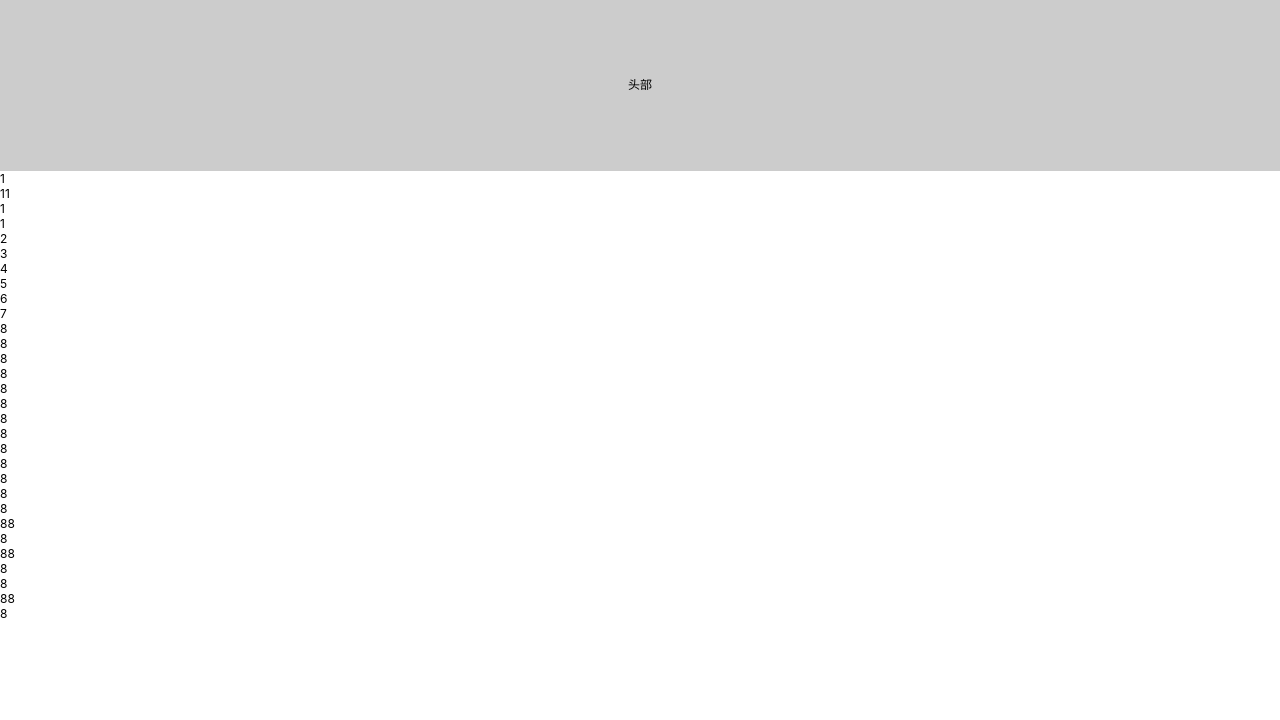
Repository: zjb17395046959/h5-
Page: scroll.html
An editor plug-in stored every save of this project. The page is shown before and after the next save, followed by the edit.
The browser window is 1280 px wide. The pictures show the whole page.
An inner scrolling area shows only its first screen. The style sheet was rebuilt from its Sass, Less or Tailwind sources for each picture, by a compiler version that may differ from the author's.

Above is the page before, as saved 2020-09-14 16:29:08.

### scroll.html
<!DOCTYPE html>
<html lang="en" class="html_wrap_scroll">
<head>
    <meta charset="utf-8">
    <meta content="yes" name="apple-mobile-web-app-capable" />
    <meta content="yes" name="apple-touch-fullscreen" />
    <meta content="telephone=no,email=no" name="format-detection" />
    <meta name="viewport" content="initial-scale=1, maximum-scale=1, minimum-scale=1, user-scalable=no">
    <title>头尾固定，中间超出隐藏</title>
    <link rel="stylesheet" href="./css/reset.css">
    <link rel="stylesheet" href="./css/index.css">
    <link rel="stylesheet" href="./css/mescroll.min.css">
    <script src="./js/jquery-2.1.3.min.js"></script>
    <script src="./js/flexible.js"></script>
    <script src="./js/util.js"></script>
    <script src="./js/mescroll.min.js"></script>
</head>
<body class="body_wrap_scroll">
    <!-- 布局开始 -->
    <div id="wrap_scroll">
        <header>头部</header>
        <!-- 中间布局及滚动事件开始 -->
        <div class="mescroll" id="mescroll">
            <div class="content">
                <ul>
                    <li>1</li>
                    <li>11</li>
                    <li>1</li>
                    <li>1</li>
                    <li>2</li>
                    <li>3</li>
                    <li>4</li>
                    <li>5</li>
                    <li>6</li>
                    <li>7</li>
                    <li>8</li>
                    <li>8</li>
                    <li>8</li>
                    <li>8</li>
                    <li>8</li>
                    <li>8</li>
                    <li>8</li>
                    <li>8</li>
                    <li>8</li>
                    <li>8</li>
                    <li>8</li>
                    <li>8</li>
                    <li>8</li>
                    <li>88</li>
                    <li>8</li>
                    <li>88</li>
                    <li>8</li>
                    <li>8</li>
                    <li>88</li>
                    <li>8</li>
                </ul>
            </div>
            <!-- 中间布局及滚动事件结束 -->
        </div>


        <!-- 布局结束 -->
    </div>
</body>
</html>
<script>
     // 上拉加载
     var mescroll = new MeScroll("mescroll", {
            //第一个参数"mescroll"对应上面布局结构div的id
            //如果下拉刷新是重置列表数据,那么down完全可以不用配置
            down: {
                use: false //下拉刷新的回调
            },
            up: {
                auto:false,
                htmlLoading: '<p class="upwarp-progress mescroll-rotate" style="width: 3.46666667vw;height: 3.46666667vw;display:none;"></p><span style="margin-left:4px; font-size: 4vw;display:none;">加载中</span>',
                //上拉加载中的布局
                htmlNodata: '<p class="upwarp-nodata" style=" font-size: 3.2vw;">没有更多了..</p>',
                page: {
                    num: 0,
                    size: 10,
                    time: null
                },
                callback: upCallback //上拉加载的回调
            }
        });
        function upCallback(page) {//可以添加参数
            // var _this = this;
            console.log('加载。。。')
            setTimeout(() => {
                   $('.content>ul>li').html('1111');
                },3000)

        }
</script>

### css/reset.css
/*清除外边距*/
body, h1, h2, h3, h4, h5, h6, hr, p, blockquote, figure, /*结构元素*/
dl, dt, dd, ul, ol, li, /*列表元素*/
fieldset, lengend, button, input, textarea, /*表单元素*/
th, td, /*表格元素*/
pre /*文本格式元素*/ {
    margin: 0;
    -webkit-tap-highlight-color:rgba(0,0,0,0);
    -webkit-tap-highlight-color: transparent;
}
/*清除内边距*/
ul, ol, menu, td, input{
    padding: 0;
}
/*重置列表元素*/
ul, ol {
    list-style: none;
}
/*将字体扶正*/
address, cite, dfn, em, var {
    font-style: normal;
}
/*清下划线*/
a {
    text-decoration: none;
    color: black;
}
/*鼠标略过a标签，显示下划线*/
a:hover {
    /*text-decoration: underline;*/
}
/*清浮动*/
.clear:after {
    content: '';
    display: block;
    clear: both;
}

.fl{
    float: left;
}

.fr {
    float: right;
}

input,textarea{
    border: none;
    outline:none;

}
input[type="button"],button{
    -moz-appearance: none;
    -webkit-appearance: none;
    border-radius: 0;/*解决ios上输入框圆角问题*/
}


input[type="text"]:focus,input[type="number"]:focus,input[type="tel"]:focus {
    -webkit-box-shadow: 0 0 0 1000px white inset !important;
}
input[type="text"]:-webkit-autofill,input[type="number"]:-webkit-autofill,input[type="tel"]:-webkit-autofill,
input[type="text"]:-webkit-autofill:focus,input[type="number"]:-webkit-autofill:focus,input[type="tel"]:-webkit-autofill:focus {
    -webkit-box-shadow: 0 0 0px 1000px white inset !important;
    background-color: #fff;
    transition: background-color 50000s ease-in-out 0s;
    -webkit-transition-delay: 99999s;
    -webkit-transition: color 99999s ease-out, background-color 99999s ease-out;
}

/* input:-webkit-autofill {
    -webkit-box-shadow: 0 0 0px 1000px white inset !important;
} */

::-webkit-scrollbar { width: 0  }

body {
    font-family: -apple-system, BlinkMacSystemFont, "PingFang SC","Helvetica Neue",STHeiti,"Microsoft Yahei",Tahoma,Simsun,sans-serif;
    -webkit-text-size-adjust: 100% !important;/*防止ios手机字体默认变大*/
}

### css/mescroll.min.css
/*!
 * version 1.4.1 MIT
 * 2019-2-1 wenju
 * http://www.mescroll.com
 */
html,body{height:100%}body{-webkit-overflow-scrolling:touch}.mescroll{width:100%;height:100%;overflow-y:auto}.mescroll-hardware{-webkit-transform:translateZ(0);-webkit-transform-style:preserve-3d;-webkit-backface-visibility:hidden;-webkit-perspective:1000}.mescroll-downwarp{position:relative;width:100%;height:0;overflow:hidden;text-align:center}.mescroll-downwarp-reset{-webkit-transition:height 300ms;transition:height 300ms}.mescroll-downwarp .downwarp-content{position:absolute;left:0;bottom:0;width:100%;min-height:30px;padding:10px 0}.mescroll-upwarp{min-height:30px;padding:15px 0;text-align:center;visibility:hidden}.mescroll-downwarp .downwarp-tip,.mescroll-upwarp .upwarp-tip,.mescroll-upwarp .upwarp-nodata{display:inline-block;font-size:12px;color:gray;vertical-align:middle}.mescroll-downwarp .downwarp-tip,.mescroll-upwarp .upwarp-tip{margin-left:8px}.mescroll-downwarp .downwarp-progress,.mescroll-upwarp .upwarp-progress{display:inline-block;width:16px;height:16px;border-radius:50%;border:1px solid gray;border-bottom-color:transparent;vertical-align:middle}.mescroll-rotate{-webkit-animation:mescrollRotate .6s linear infinite;animation:mescrollRotate .6s linear infinite}@-webkit-keyframes mescrollRotate{0%{-webkit-transform:rotate(0deg)}100%{-webkit-transform:rotate(360deg)}}@keyframes mescrollRotate{0%{transform:rotate(0deg)}100%{transform:rotate(360deg)}}.mescroll-empty{width:100%;padding-top:20px;text-align:center}.mescroll-empty .empty-icon{width:45%}.mescroll-empty .empty-tip{margin-top:6px;font-size:14px;color:gray}.mescroll-empty .empty-btn{max-width:50%;margin:20px auto;padding:10px;border:1px solid #65aadd;border-radius:6px;background-color:white;color:#65aadd}.mescroll-empty .empty-btn:active{opacity:.75}.mescroll-totop{z-index:9990;position:fixed;right:10px;bottom:30px;width:36px;height:36px;border-radius:50%;opacity:0}.mescroll-lazy-in,.mescroll-fade-in{-webkit-animation:mescrollFadeIn .5s linear forwards;animation:mescrollFadeIn .5s linear forwards}@-webkit-keyframes mescrollFadeIn{0%{opacity:0}100%{opacity:1}}@keyframes mescrollFadeIn{0%{opacity:0}100%{opacity:1}}.mescroll-fade-out{pointer-events:none;-webkit-animation:mescrollFadeOut .5s linear forwards;animation:mescrollFadeOut .5s linear forwards}@-webkit-keyframes mescrollFadeOut{0%{opacity:1}100%{opacity:0}}@keyframes mescrollFadeOut{0%{opacity:1}100%{opacity:0}}.mescroll-bar::-webkit-scrollbar-track{background-color:transparent}.mescroll-bar::-webkit-scrollbar{width:6px}.mescroll-bar::-webkit-scrollbar-thumb{border-radius:6px;background-color:#ccc}.mescroll-bar::-webkit-scrollbar-thumb:hover{background-color:#aaa}

### js/flexible.js
(function flexible (window, document) {
    var docEl = document.documentElement
    var dpr = window.devicePixelRatio || 1

    // adjust body font size
    function setBodyFontSize () {
      if (document.body) {
        document.body.style.fontSize = (12 * dpr) + 'px'
      }
      else {
        document.addEventListener('DOMContentLoaded', setBodyFontSize)
      }
    }
    setBodyFontSize();

    // set 1rem = viewWidth / 10
    function setRemUnit () {
      var rem = docEl.clientWidth / 10
      docEl.style.fontSize = rem + 'px'
    }

    setRemUnit()

    // reset rem unit on page resize
    window.addEventListener('resize', setRemUnit)
    window.addEventListener('pageshow', function (e) {
      if (e.persisted) {
        setRemUnit()
      }
    })

    // detect 0.5px supports
    if (dpr >= 2) {
      var fakeBody = document.createElement('body')
      var testElement = document.createElement('div')
      testElement.style.border = '.5px solid transparent'
      fakeBody.appendChild(testElement)
      docEl.appendChild(fakeBody)
      if (testElement.offsetHeight === 1) {
        docEl.classList.add('hairlines')
      }
      docEl.removeChild(fakeBody)
    }

    var viewport = document.querySelector("meta[name=viewport]");
        var dpr = window.devicePixelRatio || 1;
        var scale = 1 / dpr;
        //下面是根据设备dpr设置viewport
        viewport.setAttribute(
            "content",
            "width=device-width,initial-scale=" +
            scale +
            ", maximum-scale=" +
            scale +
            ", minimum-scale=" +
            scale +
            ", user-scalable=no"
        );

  }(window, document))

### js/util.js
$(function(){

        /**
     * ajax封装
     * url 发送请求的地址
     * data 发送到服务器的数据，数组存储
     * isLoading 是否显示loading
     * dataType 预期服务器返回的数据类型，常用的如：xml、html、json、text
     * successfn 成功回调函数
     * errorfn 失败回调函数
     */
    var loadNum = 0;
    jQuery.axspost=function(url, data,isLoading,successfn,errorfn) {

        $.ajax({
            type: "POST",
            data: data,
            url: "http://10.6.4.154:8081/app/v6/membersExchange/"+url,
            dataType: "json",
            beforeSend:function(){
                if(isLoading){
                    loadNum++;
                    $(".loading").show();
                }

            },
            success: function(d){
                console.log("成功",d)
                if(d.result == "000"){
                    successfn(d);
                }else{
                    console.log(d)
                    if(typeof errorfn === "function"){
                        errorfn("success",d);
                    }else{
                        $.toast(d.msg);
                    }
                }
            },
            error: function(e){
                console.log("失败",e)
                if(typeof errorfn === "function"){
                    errorfn("error",e);
                }else{
                    toast("请求出错！");
                    console.log(e)
                }

            },
            complete:function(e){
                if(isLoading){
                    loadNum--
                    if(loadNum === 0){
                        $(".loading").hide();
                    }
                }

            }
        });
    };

    jQuery.toast=function(msg, duration) {
        duration = isNaN(duration) ? 2000 : duration;
        var m = document.createElement('div');
        m.innerHTML = msg;
        m.setAttribute("class", "toast");

        m.style.cssText = "font-family:siyuan;padding:1.5vw  3.0557333vw;color: rgb(255, 255, 255);line-height: 5.7306667vw;text-align: center;border-radius: 0.8730667vw;position: fixed;top: 50%;left: 50%;transform: translate(-50%, -50%);z-index: 999999;background: rgba(0, 0, 0,.7);font-size:  3.4922667vw;word-break:break-all;";
        if(msg.length > 10){
            m.style.cssText+="min-width: 62%;"
        }
        document.body.appendChild(m);
        setTimeout(function() {
            var d = 0.5;
            m.style.webkitTransition = '-webkit-transform ' + d + 's ease-in, opacity ' + d + 's ease-in';
            m.style.opacity = '0';
            setTimeout(function() {
                document.body.removeChild(m)
            }, d * 1000);
        }, duration);
    }

  //校验手机号
  jQuery.PhoneNumberVerify=function(tel) {
    if(tel != ""){
        var reg =/^0?1[3|4|5|6|7|8|9][0-9]\d{8}$/;
        return reg.test(tel);
    }
  };

    //校验邮箱
    jQuery.emailVerify=function(email) {
        if (email != "") {
            var reg = /^\w+((-\w+)|(\.\w+))*\@[A-Za-z0-9]+((\.|-)[A-Za-z0-9]+)*\.[A-Za-z0-9]+$/;
            return reg.test(email);

        };
    };

     //保留两位小数
     jQuery.returnFloat=function(value){
        var value=Math.round(parseFloat(value)*100)/100;
        var xsd=value.toString().split(".");
        if(xsd.length==1){
            value=value.toString()+".00";
            return value;
        }
        if(xsd.length>1){
        if(xsd[1].length<2){
            value=value.toString()+"0";
        }
        return value;
        }
    }

    jQuery.add = function (arg1, arg2, d) {
        arg1 = arg1.toString(), arg2 = arg2.toString();
        var arg1Arr = arg1.split("."),
            arg2Arr = arg2.split("."),
            d1 = arg1Arr.length == 2 ? arg1Arr[1] : "",
            d2 = arg2Arr.length == 2 ? arg2Arr[1] : "";
        var maxLen = Math.max(d1.length, d2.length);
        var m = Math.pow(10, maxLen);
        var result = Number(((arg1 * m + arg2 * m) / m).toFixed(maxLen));
        var d = arguments[2];
        return typeof d === "number" ? Number((result).toFixed(d)) : result;
    }

    jQuery.accSub = function (arg1, arg2) {
        var r1, r2, m, n;
        try {
            r1 = arg1.toString().split(".")[1].length
        } catch (e) {
            r1 = 0
        };
        try {
            r2 = arg2.toString().split(".")[1].length
        } catch (e) {
            r2 = 0
        };
        m = Math.pow(10, Math.max(r1, r2));
        // 动态控制精度长度
        n = (r1 >= r2) ? r1 : r2;
        return ((arg1 * m - arg2 * m) / m).toFixed(n);
    }
    //乘法
    jQuery.accMul = function (arg1, arg2) {
        var m = 0,
            s1 = arg1.toString(),
            s2 = arg2.toString();
        try {
            m += s1.split(".")[1].length
        } catch (e) {};
        try {
            m += s2.split(".")[1].length
        } catch (e) {};
        return Number(s1.replace(".", "")) * Number(s2.replace(".", "")) / Math.pow(10, m);
    }

    //android禁止微信浏览器调整字体大小
   if (typeof WeixinJSBridge == "object" && typeof WeixinJSBridge.invoke == "function") {
       handleFontSize();
   } else {
       if (document.addEventListener) {
           document.addEventListener("WeixinJSBridgeReady", handleFontSize, false);
       } else if (document.attachEvent) {
           document.attachEvent("WeixinJSBridgeReady", handleFontSize);
           document.attachEvent("onWeixinJSBridgeReady", handleFontSize);  }
   }
   function handleFontSize() {
       // 设置网页字体为默认大小
       WeixinJSBridge.invoke('setFontSizeCallback', { 'fontSize' : 0 });
       // 重写设置网页字体大小的事件
       WeixinJSBridge.on('menu:setfont', function() {
           WeixinJSBridge.invoke('setFontSizeCallback', { 'fontSize' : 0 });
       });
   }
});

### css/index.less
@baseWidth:750;
.vw(@name,@px){
    @{name}:(@px / @baseWidth )* 100vw;
}
.longVw(@name,@a,@b,@c,@d){
    @{name}:( @a / @baseWidth)* 100vw ( @b / @baseWidth)* 100vw ( @c / @baseWidth)* 100vw ( @d / @baseWidth)* 100vw
}
.html,.body{
    height: 100%;
}
#wrap{
    width: 100%;
    height: 100%;
    display: flex;
    flex-direction: column;
    // 头部布局
    header{
        .vw(height,100);
        .vw(line-height,100);
        text-align: center;
        background:#ccc;
    }
    // 中间内容整体大盒子布局
    .content{
        flex: 1;
        // .vw(height,500);
        overflow: auto;
    }
    // 尾部布局
    footer{
        .vw(height,100);
        .vw(line-height,100);
        text-align: center;
        background:#ccc;
    }
}

// 这是头部固定，下面超出隐藏及滚动事件布局
.html_wrap_scroll,.body_wrap_scroll{
    height: 100%;
}
#wrap_scroll{
    width: 100%;
    height: 100%;
    display: flex;
    flex-direction: column;
    // 头部布局
    header{
        .vw(height,100);
        .vw(line-height,100);
        text-align: center;
        background:#ccc;
    }
    // 中间大盒子布局及上拉加载
    .content{
        flex: 1;
        overflow: auto;
        ul{
            li{

            }
        }
    }
}

Loaded but not shown: js/jquery-2.1.3.min.js (library); js/mescroll.min.js (library)

After the next save:
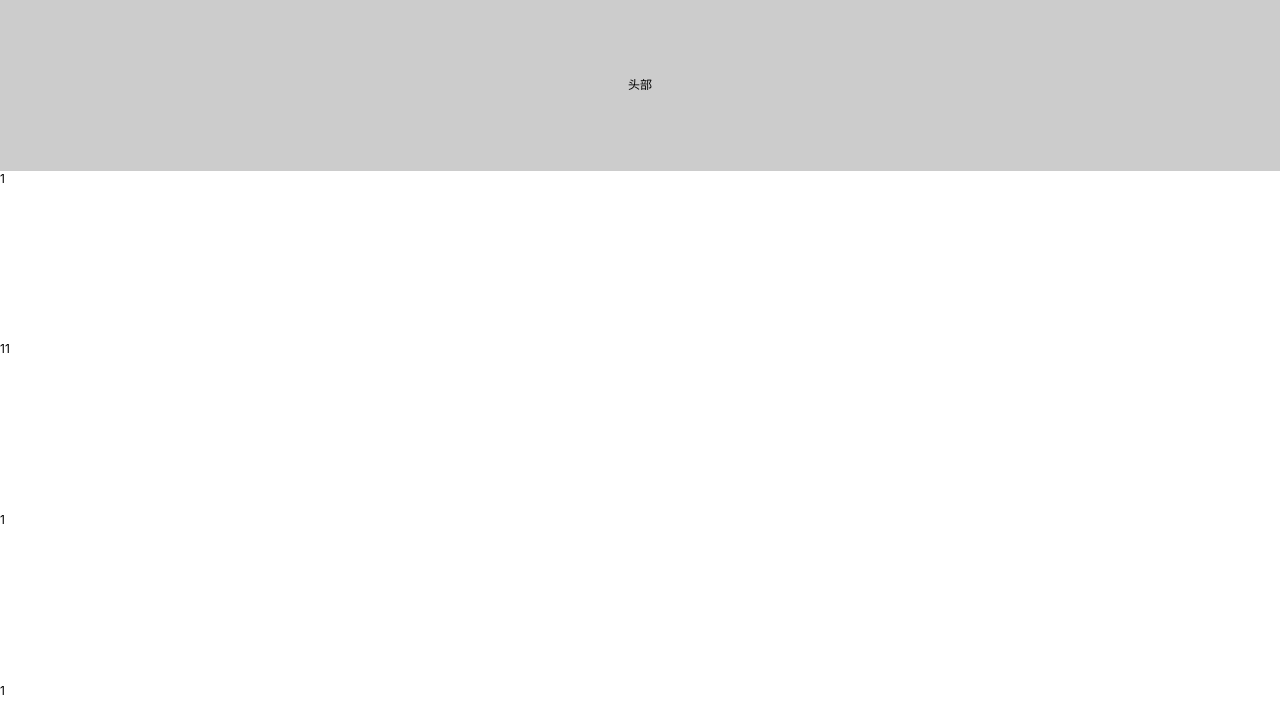
Saved 6 s later.
--- a/css/index.less
+++ b/css/index.less
@@ -57,7 +57,7 @@
         overflow: auto;
         ul{
             li{
-
+                .vw(height,100);
             }
         }
     }
